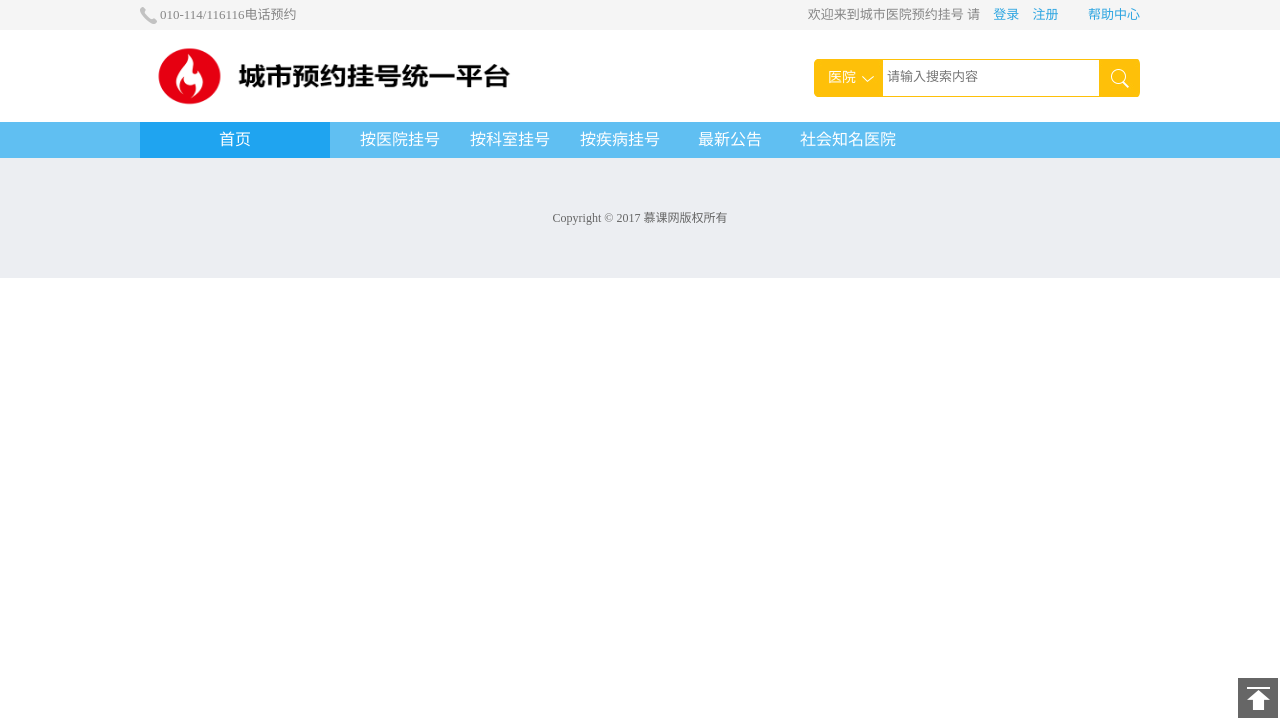
Repository: ScarApocalypse/study
Page: 挂号平台/hosptial.html
An editor plug-in stored every save of this project. The page is shown before and after the next save, followed by the edit.
The browser window is 1280 px wide. The pictures show the whole page.

Above is the page before, as saved 2019-01-21 15:17:04.

### 挂号平台/hosptial.html
<!DOCTYPE html>
<html lang="en">

<head>
	<meta charset="UTF-8">
	<title>城市预约挂号</title>
	<link rel="stylesheet" href="css/layout.css">
	<link rel="stylesheet" type="text/css" href="css/base.css">
	<link rel="stylesheet" type="text/css" href="css/ui.css">
	<script type="text/javascript" src="js/jquery-1.7.1.min.js"></script>
	<script type="text/javascript" src="js/data.js"></script>
</head>

<body>
	<!-- 顶部区域 -->
	<div id="top" class="top">
		<div class="wrap">
			<p class="call">010-114/116116电话预约</p>
			<p class="welcome">欢迎来到城市医院预约挂号&nbsp;请&nbsp;<a href="#">登录</a>
				<a href="#">注册</a>
				&nbsp;&nbsp;&nbsp;&nbsp;
				<a href="#">帮助中心</a>
			</p>

		</div>
	</div>
	<!-- 头部区域 -->
	<div id="header" class="header">
		<div class="wrap">
			<a href="index.html" class="logo">
				<img src="img/logo.png">
			</a>
			<div class="search ui-search">
				<div class="ui-search-selected">医院</div>
				<div class="ui-search-selected-list">
					<a href="#">科室</a>
					<a href="#">疾病</a>
					<a href="#">医院</a>

				</div>
				<input class="ui-search-input" type="text" name="search-content" placeholder="请输入搜索内容">
				<a href="#" class="ui-search-submit"></a>
			</div>
		</div>
	</div>
	<!-- 导航栏区域 -->
	<div id="nav" class="nav">
		<div class="wrap">
			<div class="link menu">
				首页


			</div>
			<div class="dddd"></div>
			<a href="hosptail.html" class="link">按医院挂号</a>
			<a href="#" class="link">按科室挂号</a>
			<a href="#" class="link">按疾病挂号</a>
			<a href="#" class="link">最新公告</a>
			<a href="#" class="link right">社会知名医院</a>
		</div>
	</div>

	<!-- 页脚区域 -->
	<div id="footer" class="footer">
		Copyright &copy 2017 慕课网版权所有
	</div>
	<!-- 回到顶部 -->
	<a class="go-top" href="#"></a>
	<script type="text/javascript" src="js/ui.js"></script>
</body>

</html>

### 挂号平台/css/layout.css
*{
	margin:0;
	padding:0;
}
.clearfix:after{
	content:' ';
	display: block;
	height:0;
	line-height: 0;
	clear:both;
	zoom:1;
}
.wrap{
	width: 1000px;
	margin:0 auto;
	position: relative;
}
.top{
	height: 30px;
	background-color:#f5f5f5;
}
.header{
	height: 92px;
}
.nav{
	height: 36px;
	background-color:#60bff2;
}
.banner{
	width: 802px;
	margin:0 auto;
	height: 414px;
	padding:9px 0 0 198px;
}
.banner-slider{
	float: left;
	width: 544px;
	height: 414px;
	background-color: #8edff3;
}
.banner-search{
	float:right;
	width:250px;
	height:255px;
	background-color: #eee;
}
.banner-help{
	float: right;
	width: 250px;
	height: 146px;
	background-color: #ccc;
	margin-top:12px;
}
.content{
	padding:10px 0 38px 0;
}
.content-tab{
	float: left;
	width: 742px;
	height: 490px;
	background-color: #eee;
}
.content-close,
.content-news{
	float: right;
	width: 248px;
	height: 236px;
	border:1px solid #ccc;
}
.content-close{
	margin-top:12px;
	border-color:red;
}
.footer{
	height:70px;
	padding:25px;
	background-color: #eceef2;
}

### 挂号平台/css/base.css
p{
	display: inline-block;
}
a{
	text-decoration: none;
}
select,input{
	border:none;
	outline:none;
}
img{
	display: block;
}
/*top样式*/
.top{
	line-height: 30px;
	font-size:13px;
	color:#868686;
}
.top .call{
	float:left;
	padding-left:20px;
	background:url(../img/icon-call.png) no-repeat center left;
}
.top .welcome{
	float: right;
}
.top a{
	color:#2da5e1;
	padding-left:10px;
}
/*header样式*/
.header .logo{
	width: 402px;
	height: 74px;
	padding:9px 0;
	display: inline-block;
}
.header .logo img{
	width: 100%;
	height: 100%;
}
.header .search{
	width: 326px;
	height: 38px;
	position: absolute;
	right:0;
	top:29px;
	background-color: orange;
}
/*nav样式*/
.nav .link{
	display: inline-block;
	float:left;
	padding-left:30px;
	line-height: 36px;
	color:#fff;
	font-size:16px;
	min-width:80px;
	text-align: center;
}
.nav .link_focu{
	color:#fff;
	background-color:#1fa4f0;
}
.nav a:hover{
	color:#d7f3ff;
}
.nav .menu{
	width: 130px;
	padding-right: 30px;
	background-color: #1fa4f0;
	position: relative;

}
.nav .menu .menu-list{
	position: absolute;
	background-color: #1fa4f0;
	width: 100%;
	height: 423px;
	left: 0;
	top:36px;

}
/*banner内样式*/
.banner-search{
	background-color: #fafafa
}
.banner-help .caption,
.banner-search .caption{
	height: 22px;
	padding:15px 0 15px 0;
	text-align: center;
}
.banner-help .caption .text,
.banner-search .caption .text{
	display: inline-block;
	height: 22px;
	line-height: 22px;
	padding-left:28px;
	color:#fec009;
	font-size:16px;
	background: url(../img/icon-help.png) no-repeat 0 0;
}

.banner-search .form{
	height: 150px;
}
.banner-search .form .line{
	padding-bottom:9px;
	text-align: center;
}
.banner-search .form .line select{
	width: 170px;
	font-size:12px;
	z-index:0;
	border:1px solid #dcdddd;
	height: 26px;
	line-height: 26px;
	padding:2px 0;
	border-radius: 5px;
	color:#666;
}
.banner-search .submit{
	height: 32px;
	text-align: center;
}
.banner-search .submit .button{
	width: 108px;
	height: 32px;
	background-color: #f3cd09;
	font-size: 14px;
	color:#fff;
	border-radius: 3px;
	cursor: pointer;
}
.banner-help{
	background-color: #fafafa;
}
.banner-help .caption .text{
	color:#00b3ea;
	background-position: 0 -23px;
}
.banner-help .link{
	color:#00b3ea;
	display: inline-block;
	width: 86px;
	height: 26px;
	line-height: 26px;
	font-size:14px;
	text-align: center;
	padding:0 0 8px 26px;
}
/*content样式*/

/*content新闻和停诊样式*/
.content-close,
.content-news{
	background-color:#fff;
	border:1px solid #f4f6fa;
}
.content-close .caption,
.content-news .caption{
	height:38px;
	line-height: 38px;
	background-color: #f4f6fa;
	text-indent:20px;
	color:#fec009;
	font-size:15px;
}
.content-close .more,
.content-news .more{
	float: right;
	padding-right: 22px;
	font-size:12px;
	color:#868686;
}
.content-close .list,
.content-news .list{
	padding: 15px 20px 13px 35px;
	line-height: 29px;
	font-size:12px;
	background: url(../img/list-yellow.jpg) 15px 22px no-repeat;
}
.content-close .list .link,
.content-news .list .link{
	display: block;
	color:#969696;
}
.content-close .caption{
	color:#4ab4ed;
}
.content-close .list{
	background: url(../img/list-blue.jpg) 15px 22px no-repeat;

}
/*tab样式*/
.content-tab{
	background: none;
}
.content-tab .caption{
	height: 34px;
	line-height: 34px;
	background-color: #f5f6fa;
}
.content-tab .caption .item{
	display: block;
	width: 112px;
	height: 34px;
	text-align: center;
	float: left;
	color:#00b3ea;
}
.content-tab .caption .item_focus{
	background-color: #60bff2;
	color:#fff;
}
.content .block{
	border:1px solid #f4f6fa;
	height: 452px;
}
.content-tab .block-caption{
	height: 26px;
	line-height: 26px;
	padding:8px;
	border-bottom:1px solid #f4f6fa;
}
.content-tab .block-caption-item{
	display: inline-block;
	padding:0 10px 0 10px;
	font-size:12px;
	color:#4c4948;
}
.content-tab .block-caption-item_focus{
	background-color: #60bff2;
	color:#fff;
}
.content-tab .block-content{
	padding:16px 12px;
}
.content-tab .block-content .block-list .item{
	float: left;
	width:216px;
	height: 102px;
	padding:0 20px 10px 120px;
	position: relative;
	font-size:12px;
}
.content-tab .block-content .block-list .item img{
	width: 110px;
	height: 98px;
	position: absolute;
	left:0;
	top:0;
}
.content-tab .block-content .block-list .item-name{
	color:#036eb7;
	font-size:14px;
	line-height: 21px;
	padding-top:13px;
}
.content-tab .block-content .block-list .item-level{
	float: right;
	font-size:12px;
	color:#979797;
}
.content-tab .block-content .block-list .item-phone,
.content-tab .block-content .block-list .item-address{
	/*font-size:12px;*/
	line-height: 18px;
	padding-bottom:4px;
	color:#666;
}
/*tab文案列表样式*/
.content-tab .block-content .block-text-list{

}
.content-tab .block-content .block-text-list .item{
	width: 351px;
	height: 27px;
	display: block;
	font-size:14px;
	color:#666;
	padding-top:8px;
	float: left;
	border-bottom:1px dashed #dcdddd;

}
.content-tab .block-content .block-text-list .item:nth-child(2n){
	margin-left:13px;
}
.content-tab .block-content .block-text-list .item .level{
	float: right;
	padding-right:10px;
}
.content-tab .block-content .block-more{
	display: block;
	line-height: 55px;
	text-align: center;
	color:#5084c4;
	font-size:14px;
}
/*页脚样式*/
.footer{
	line-height: 70px;
	text-align: center;
	font-size:12px;
	color:#666;
}
.go-top{
	display: block;
	position: fixed;
	width: 40px;
	height: 40px;
	right:2px;
	bottom:2px;
	z-index:99;
	color:#fff;
	background: rgb(102,102,102) url(../img/icon-go-up.png) center no-repeat;
	/*background: red;*/
}
.go-top:hover{
	background: rgb(102,102,102);
}
.go-top:hover:after{
	content:'回到顶部';
	display: block;
	line-height: 20px;
	text-align: center;
}

### 挂号平台/css/ui.css
/*ui-search搜索*/
.ui-search {
	background: url(../img/ui-search.jpg);
	font-size: 14px;
	color: #fff;
	position: relative;
}

.ui-search-selected {
	width: 70px;
	height: 38px;
	line-height: 38px;
	position: absolute;
	left: 0;
	top: 0;
	text-indent: 14px;
}

.ui-search-selected-list {
	display: none;
	position: absolute;
	width: 67px;
	line-height: 24px;
	background-color: #fff;
	box-shadow: 3px 3px 5px rgba(0, 0, 0, .2);
	left: 2px;
	top: 36px;
	z-index: 2;
}

.ui-search-selected-list a {
	display: block;
	text-align: center;
	color: #a5a2a2;
}

.ui-search-selected-list a:hover {
	background-color: #ebeef5;
}

.ui-search-input {
	width: 208px;
	height: 26px;
	position: absolute;
	top: 5px;
	left: 73px;
	line-height: 26px;
	font-size: 13px;
	color: #a5a2a2;
}

.ui-search-submit {
	display: block;
	position: absolute;
	right: 0;
	top: 1px;
	width: 40px;
	height: 36px;
}

/* ui-menu分类菜单 */
.ui-menu{}
.ui-menu-item{
	height: 22px;
	line-height: 22px;
	padding:8px 5px 9px 6px;
	/* margin-left:2px; */
	/* position: relative; */
}
.ui-menu-item:hover{
	background: #fff;
}
.ui-menu-item-department{
	float: left;
	height: 22px;
	line-height: 22px;
	position: relative;
	padding-left:30px;
	font-size:14px;
	color:#fff;
}
.ui-menu-item-department:before{
	content:'';
	display:block;
	width: 22px;
	height: 21px;
	position: absolute;
	left:0;
	top:1px;
	background:url('../img/icon-menu.jpg') -22px 0 no-repeat;
}
.ui-menu-item:nth-child(2) .ui-menu-item-department:before{
	background-position-y:-22px;
}
.ui-menu-item:nth-child(3) .ui-menu-item-department:before{
	background-position-y:-66px;
}
.ui-menu-item-disease{
	font-size: 12px;
	float:right;
	padding-left:5px;
	color:#d7f3ff
}
.ui-menu-item:hover .ui-menu-item-department:before{
	background-position-x: 0;
}
.ui-menu-item:hover .ui-menu-item-department{
	color:#333;
}
.ui-menu-item:hover .ui-menu-item-disease{
	color:#868686;
}
.ui-menu-item:hover .ui-menu-item-detail{
	display: block;
}
.ui-menu-item-detail{
	display:none;
	position: absolute;
	width: 500px;
	height: 393px;
	padding:20px 10px 10px 29px;
	background:#fff url(../img/bg-menu.jpg) center no-repeat;
	top:0;
	left:190px;
	box-shadow:5px 5px 2px rgba(0,0,0,.1);
	z-index:9;

}
.ui-menu-item-detail-group{
	padding-bottom:20px;
	text-align: left;


}
.ui-menu-item-detail-group-caption{
	width: 100%;
	display:block;
	color:#666;
	font-size:16px;
	font-weight:bold;
	line-height: 34px;
	height: 34px;
}
.ui-menu-item-detail-group-list{
	line-height: 23px;
}
.ui-menu-item-detail-group-list a{
	display: inline-block;
	color:#868686;
	margin-right:8px;
	font-size:12px;
	padding-bottom:5px;
}
.ui-menu-item-detail-group-list a:after{
	content:'|';
	color:#eee;
	padding-left:8px;
}
/* ui-slider组件 */
.ui-slider{
	width: 544px;
	height: 414px;
	position: relative;
	overflow: hidden;
}
.ui-slider-wrap{
	width: 99999px;
	height: 414px;
	position: absolute;
	left:0;
	right:0;
	transition:all .5s;
}
.ui-slider-wrap .item{
	display: block;
	float:left;
	width: 544px;
	height: 414px;
}
.ui-slider-arrow{
	width: 544px;
	height: 40px;
	position: absolute;
	/* background: #000;	 */
	top:50%;
	transform: translateY(-50%);
}
.ui-slider-arrow .item{
	display: block;
	width: 40px;
	height: 40px;
	position: absolute;
	top:0;
	background: url(../img/ui-slider-arrow.png) no-repeat;
}
.ui-slider-arrow .left{
	left:0;
}
.ui-slider-arrow .right{
	right:0;
	background-position: -40px 0;
}
.ui-slider-process{
	width: 544px;
	height: 12px;
	text-align: center;
	position: absolute;
	left:0;
	bottom:20px;
}
.ui-slider-process .item{
	display: inline-block;
	width: 16px;
	height: 16px;
	background:url(../img/ui-slider-process.png) no-repeat;

}
.ui-slider-process .item_focus,
.ui-slider-process .item:hover{
	background-position: -23px 0;
}

### 挂号平台/js/data.js

var storage = {};

storage.hospital = [

	['area','level','type','name','address','phone','imgUrl','time'],

	['朝阳区','三级甲等','卫生部直属医院','首都儿科研究所附属儿童医院','北京市朝阳区雅宝路2号','010-85695756','img/hospital-1.jpg','14:30'],

	['朝阳区','三级甲等','卫生部直属医院','中日友好医院','北京市朝阳区樱花东路2号','84205288','img/hospital-2.jpg','8:30'],
	['西城区','三级甲等','卫生部直属医院','首都医科大学附属北京友谊医院','北京市西城区永安路95号','63016616','img/hospital-3.jpg','9:30'],
	['朝阳区','三级甲等','卫生部直属医院','首都医科大学附属北京地坛医院B附属','北京市朝阳区樱花东路2号','84205288','img/hospital-4.jpg','8:30'],
	['朝阳区','三级合格','北京区县属医院','空军总医院','北京市朝阳区樱花东路2号','84205288','img/hospital-5.jpg','8:30'],
	['海淀区','三级合格','北京区县属医院','航天中心医院(原721医院)','北京市海淀区玉泉路15号','59971160','img/hospital-6.jpg','8:30'],
	['丰台区','三级甲等','北京区县属医院','北京中医药大学东方医院','北京丰台区方庄芳星园一区6号','67689655','img/hospital-1.jpg','8:30'],

	['丰台区','三级合格','北京区县属医院','北京电力医院','北京市丰台区太平桥西里甲1号','84205288','img/hospital-2.jpg','8:30'],
	['顺义区','三级甲等','北京区县属医院','北京中医医院顺义医院','北京市顺义区站前东街5号','84205288','img/hospital-3.jpg','8:30'],
	['通州区','三级甲等','其他','首都医科大学附属北京潞河医院三级综合医院','北京市通州区新华南路82号','69543901','img/hospital-4.jpg','8:30'],

];

storage.department = [
	['hospitalName', ['departmentName'] ],

	['首都儿科研究所附属儿童医院',['儿科a','儿科b','儿科d'] ],
	['中日友好医院',['科室a','科室b','科室c','科室d'] ],

	['首都医科大学附属北京友谊医院', ['departmentName-1'] ],
	['首都医科大学附属北京地坛医院B附属', ['departmentName-2'] ],
	['空军总医院',['departmentName-3'] ],
	['航天中心医院(原721医院)', ['departmentName-4'] ],
	['北京中医药大学东方医院', ['departmentName-5'] ],
	['北京电力医院', ['departmentName-6'] ],
	['北京中医医院顺义医院', ['departmentName-7'] ] ,
	['首都医科大学附属北京潞河医院三级综合医院', ['departmentName-8'] ]

]

var AjaxRemoteGetData = {};

AjaxRemoteGetData.getDistinctArea = function() {

	console.log('远程数据获取','getDistinctArea');

	var map = {};
	var arr = ['医院地区'];
	for(i=1,j=storage.hospital.length; i<j ; i++){
		var _d = storage.hospital[i][0];
		map[_d] =1;
	}
	for( k in map){
		arr.push(k);

	}
	console.log('结果',arr);
	return arr;
}
AjaxRemoteGetData.getLevelByArea  = function( area ){
	console.log('远程数据获取','getLevelByArea','arguments:',arguments);

	var map = {};
	var arr = ['医院等级'];
	for(i=1,j=storage.hospital.length; i<j ; i++){

		var _area = storage.hospital[i][0];
		var _d = storage.hospital[i][1];
		if(area == _area){
			map[_d] = 1;
		}
	}
	for( k in map){
		arr.push(k);

	}
	console.log('结果',arr);
	return arr;
}
AjaxRemoteGetData.getNameByAreaAndLevel = function( area , level ){
	console.log('远程数据获取','getNameByAreaAndLevel','arguments:',arguments);
	var map = {};
	var arr = ['医院名称'];
	for(i=1,j=storage.hospital.length; i<j ; i++){

		var _area = storage.hospital[i][0];
		var _level= storage.hospital[i][1];
		var _d = storage.hospital[i][3];
		if(level == _level && area == _area ){
			map[_d] = 1;
		}
	}
	for( k in map){
		arr.push(k);

	}
	console.log('结果',arr);
	return arr;
}
AjaxRemoteGetData.getDepartmentArrByHospitalName = function( area,level,hospitalName ){
	console.log('远程数据获取','getDepartmentArrByHospitalName','arguments:',arguments);
	var map = {};
	var arr = ['科室名称'];
	for(i=1,j=storage.department.length; i<j ; i++){

		var _hospitalName = storage.department[i][0];
		var _d = storage.department[i][1];
		if(hospitalName == _hospitalName ){
			map[_d] = 1;
		}
	}
	for( k in map){
		arr.push(k);

	}
	console.log('结果',arr);
	return arr;
}

AjaxRemoteGetData.getDistinctType=function(){
	console.log('远程数据获取','getDistinctType');

	var map = {};
	var arr = ['医院类型'];
	for(i=1,j=storage.hospital.length; i<j ; i++){
		var _d = storage.hospital[i][2];
		map[_d] =1;
	}
	for( k in map){
		arr.push(k);

	}
	console.log('结果',arr);
	return arr;
}
AjaxRemoteGetData.getDistinctLevel=function(){
	console.log('远程数据获取','getDistinctLevel');

	var map = {};
	var arr = ['医院等级'];
	for(i=1,j=storage.hospital.length; i<j ; i++){
		var _d = storage.hospital[i][1];
		map[_d] =1;
	}
	for( k in map){
		arr.push(k);

	}
	console.log('结果',arr);
	return arr;
}
AjaxRemoteGetData.getHospitalArrByFilter=function(type,level,area){
	console.log('远程数据获取','getHospitalArrByFilter','arguments:',arguments);
	var map = {};
	var arr = ['医院列表'];
	for(i=1,j=storage.hospital.length; i<j ; i++){

		var _type= storage.hospital[i][2];
		var _area = storage.hospital[i][0];
		var _level= storage.hospital[i][1];

		var _d = storage.hospital[i][3];
		if(
				(level == _level || level =='全部') &&
				(area == _area || area == '全部' ) &&
				(type == _type || type == '全部')
			){
			arr.push(storage.hospital[i]);
		}
	}
	console.log('结果',arr);
	return arr;
}

### 挂号平台/js/ui.js
//ui-search组件
$.fn.UiSearch = function () {
	var ui = $(this);
	var flag = 0;
	$('.ui-search-selected', ui).on('click', function () {
		if (flag) {
			$('.ui-search-selected-list').hide();
			flag = 0;
		} else {
			$('.ui-search-selected-list').show();
			flag = 1;
		}

		return false;
	});
	$('.ui-search-selected-list a', ui).on('click', function () {
		$('.ui-search-selected').text($(this).text());
		$('.ui-search-selected-list').hide();
		flag = 0;
		return false;
	});
	$('body').on('click', function () {
		if (flag) {
			$('.ui-search-selected-list').hide();
			flag = 0;
		}

	});
};
$.fn.UiSlider = function () {
	var ui = $(this);
	var wrap = $('.ui-slider-wrap');
	var btn_prev = $('.ui-slider-arrow .left', ui);
	var btn_next = $('.ui-slider-arrow .right', ui);
	var items = $('.ui-slider-wrap .item', ui);
	var tips = $('.ui-slider-process .item', ui);
	// 预定义
	var current = 0;
	var size = items.size();
	var width = items.eq(0).width();
	var enableAuto = true;
	// 具体操作
	ui.on('mouseover', function () {
		enableAuto = false;
	}).on('mouseout', function () {
		enableAuto = true;
	});
	wrap
		.on('move_to', function (evt, index) {
			wrap.css('left', index * width * -1);
			tips.removeClass('item_focus').eq(index).addClass('item_focus');
		})
		.on('move_prev', function () {
			if (current <= 0) {
				current = size - 1;
			}
			current = current - 1;
			wrap.triggerHandler('move_to', current);
		})
		.on('move_next', function () {
			if (current == size - 1) {
				current = -1;
			}
			current = current + 1;
			wrap.triggerHandler('move_to', current);
		})
		.on('auto_move', function () {
			setInterval(function () {
				enableAuto && wrap.triggerHandler('move_next');
			}, 2000)
		});
	btn_prev.on('click', function () {
		wrap.triggerHandler('move_prev');
	});
	btn_next.on('click', function () {
		wrap.triggerHandler('move_next');
	});
	wrap.triggerHandler('auto_move');
};
// 级联菜单
$.fn.UiCascading = function () {
	var ui = $(this);
	var selects = $('select', ui);
	selects
		.on('reloadOptions', function () {
			var method = $(this).attr('data-search');
			var args = $(this).attr('data-where').split(',');

			var data = AjaxRemoteGetData[method].apply(this,args);
			var select = $(this);

			select.find('option').remove();
			// console.log(select[0]);
			$.each(data, function (i, item) {
				var el = $('<option value="' + item + '">' + item + '</option>');
				// console.log(el[0]);

				select.append(el);
			});

		})
		.on('change', function () {
			var val = $(this).val();
			var index = selects.index(this);
			// 触发下一个select的更新，根据当前的值
			var where = $(this).attr('data-where');
			where = where ? where.split(',') : [];
			where.push($(this).val());
			selects.eq(index + 1)
				.attr('data-where', where.join(','))
				.triggerHandler('reloadOptions');

			ui.find('select:gt(' + (index + 1) + ')').each(function () {
				$(this)
					.attr('data-where', '')
					.triggerHandler('reloadOptions');
			});


		});

	selects.eq(0).triggerHandler('reloadOptions');

};
$.fn.UiTab=function(header,content,focus_prefix){
	var ui=$(this);
	var tabs=$(header,ui);
	var cons=$(content,ui);
	var focus_prefix=focus_prefix||'';
	tabs.on('click',function(){
		var index=$(this).index();

		tabs.removeClass(focus_prefix+'item_focus').eq(index).addClass(focus_prefix+'item_focus');
		cons.hide().eq(index).show();

	});
};
$(function () {
	console.log("hello");
	$('.ui-search').UiSearch();
	$('.ui-slider').UiSlider();
	$('.ui-cascading').UiCascading();
	$('.content-tab').UiTab('.caption > .item','.block > .item');
	$('.content-tab .block .item').UiTab('.block-caption>a','.block-content > .block-wrap','block-caption-');
	console.log(AjaxRemoteGetData.getDistinctArea());
});

Loaded but not shown: 挂号平台/js/jquery-1.7.1.min.js (library)

After the next save:
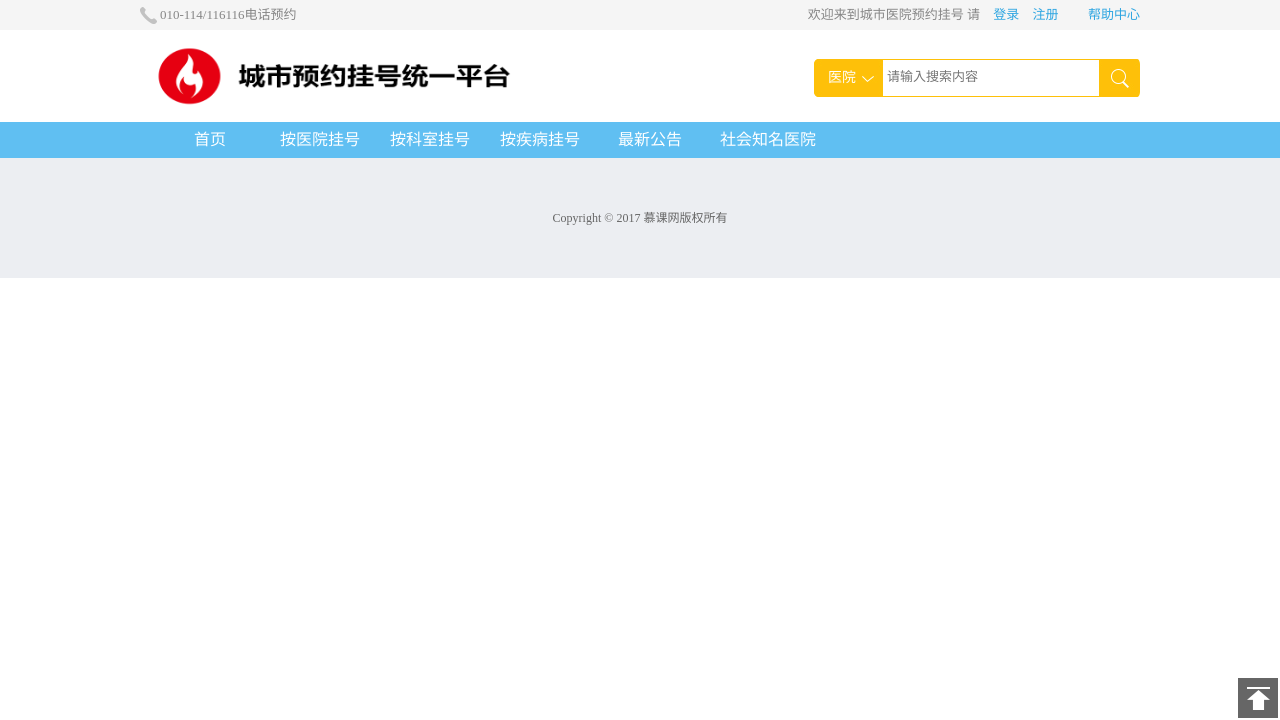
Saved 78 s later.
--- a/挂号平台/hosptial.html
+++ b/挂号平台/hosptial.html
@@ -46,12 +46,7 @@
 	<!-- 导航栏区域 -->
 	<div id="nav" class="nav">
 		<div class="wrap">
-			<div class="link menu">
-				首页
-
-
-			</div>
-			<div class="dddd"></div>
+            <a href="index.html" class="link">首页</a>
 			<a href="hosptail.html" class="link">按医院挂号</a>
 			<a href="#" class="link">按科室挂号</a>
 			<a href="#" class="link">按疾病挂号</a>
